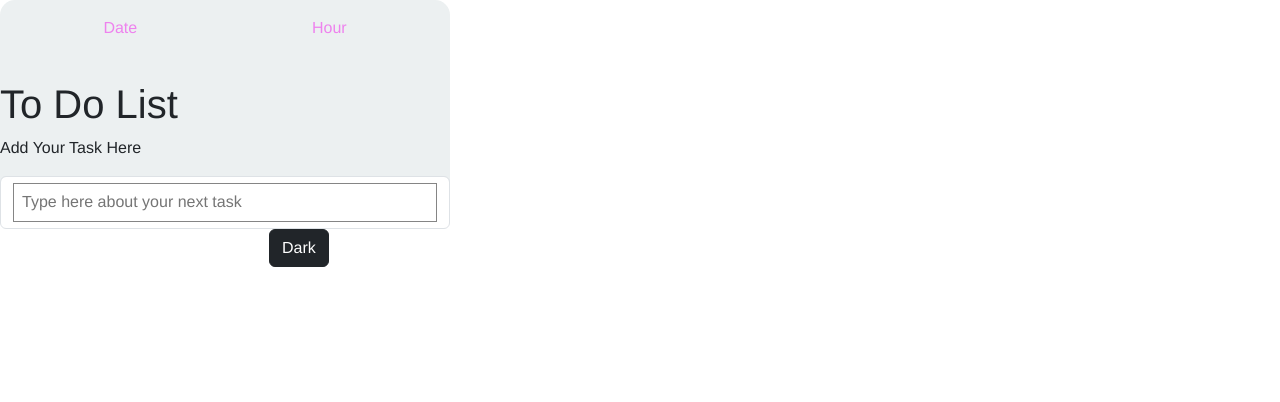
Repository: Passionblaz/TODO
Page: TODO/Untitled-1.html
An editor plug-in stored every save of this project. The page is shown before and after the next save, followed by the edit.
The browser window is 1280 px wide. The pictures show the whole page.

Above is the page before, as saved 2023-07-14 11:49:43.

After the next save:
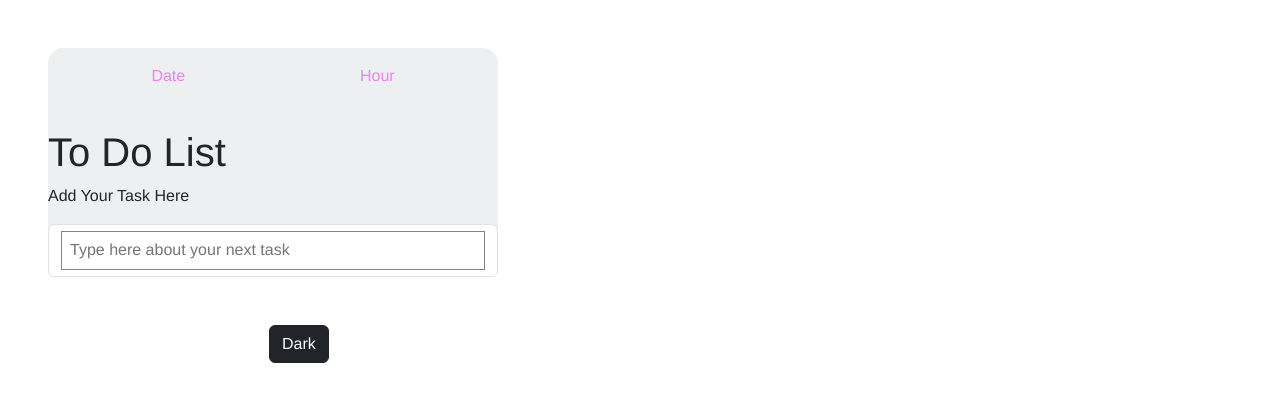
Saved 5 s later.
--- a/TODO/todostyles.css
+++ b/TODO/todostyles.css
@@ -58,7 +58,7 @@ input {
   background-color: #ecf0f1;
   border-radius: 15px;
   width: 450px;
-  margin: ;
+  margin: 3rem;
 }
 
 
